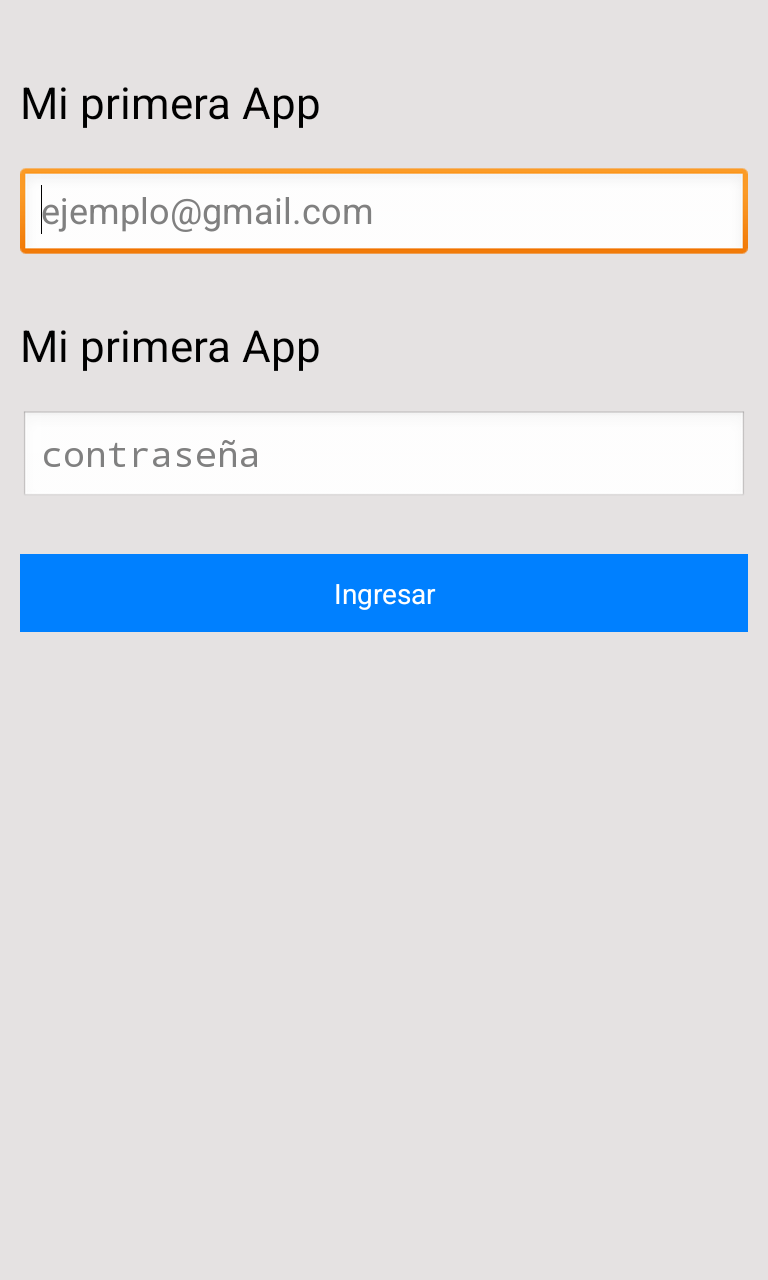
Repository: doapps/Android_Basico
Layout: Sesion01/res/layout/login_layout.xml
An editor plug-in stored every save of this project. The layout is shown before and after the next save, followed by the edit.
It is drawn on a 768 x 1280 px phone screen (xhdpi) without system bars, with theme android:Theme.Light; the app's code is not run.

Above is the layout before, as saved 2014-03-08 12:22:36.

### Sesion01/res/layout/login_layout.xml
<LinearLayout xmlns:android="http://schemas.android.com/apk/res/android"
    xmlns:tools="http://schemas.android.com/tools"
    android:id="@+id/LinearLayout1"
    android:layout_width="match_parent"
    android:layout_height="match_parent"
    android:background="#E5E2E2"
    android:orientation="vertical"
    android:padding="10dp"
    tools:context=".Splash" >

    <TextView
        android:id="@+id/editUser"
        android:layout_width="wrap_content"
        android:layout_height="wrap_content"
        android:layout_marginTop="26dp"
        android:text="Mi primera App"
        android:textAppearance="?android:attr/textAppearanceLarge" />

    <EditText
        android:id="@+id/txtUser"
        android:layout_width="match_parent"
        android:layout_height="wrap_content"
        android:layout_marginTop="18dp"
        android:ems="10"
        android:hint="ejemplo@gmail.com" >

        <requestFocus />
    </EditText>

    <TextView
        android:id="@+id/editUser"
        android:layout_width="wrap_content"
        android:layout_height="wrap_content"
        android:layout_marginTop="26dp"
        android:text="Mi primera App"
        android:textAppearance="?android:attr/textAppearanceLarge" />

    <EditText
        android:id="@+id/editPass"
        android:layout_width="match_parent"
        android:layout_height="wrap_content"
        android:layout_marginTop="18dp"
        android:ems="10"
        android:hint="contraseña"
        android:inputType="textPassword" />

    <Button
        android:id="@+id/btnLogin"
        android:layout_width="match_parent"
        android:layout_height="wrap_content"
        android:layout_marginTop="24dp"
        android:background="#0080FF"
        android:padding="10dp"
        android:text="Ingresar"
        android:textColor="#ffffff" />

</LinearLayout>

After the next save:
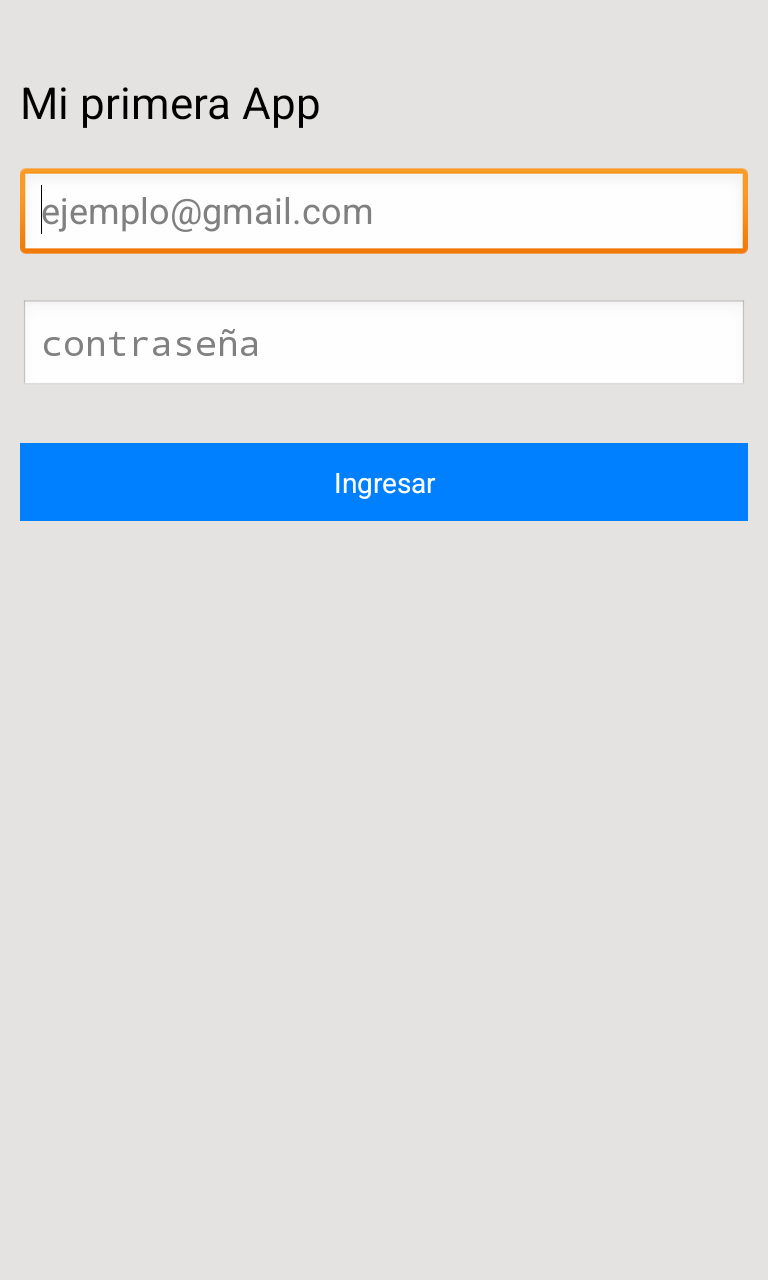
Saved 17 s later.
--- a/Sesion01/res/layout/login_layout.xml
+++ b/Sesion01/res/layout/login_layout.xml
@@ -27,14 +27,6 @@
         <requestFocus />
     </EditText>
 
-    <TextView
-        android:id="@+id/editUser"
-        android:layout_width="wrap_content"
-        android:layout_height="wrap_content"
-        android:layout_marginTop="26dp"
-        android:text="Mi primera App"
-        android:textAppearance="?android:attr/textAppearanceLarge" />
-
     <EditText
         android:id="@+id/editPass"
         android:layout_width="match_parent"
